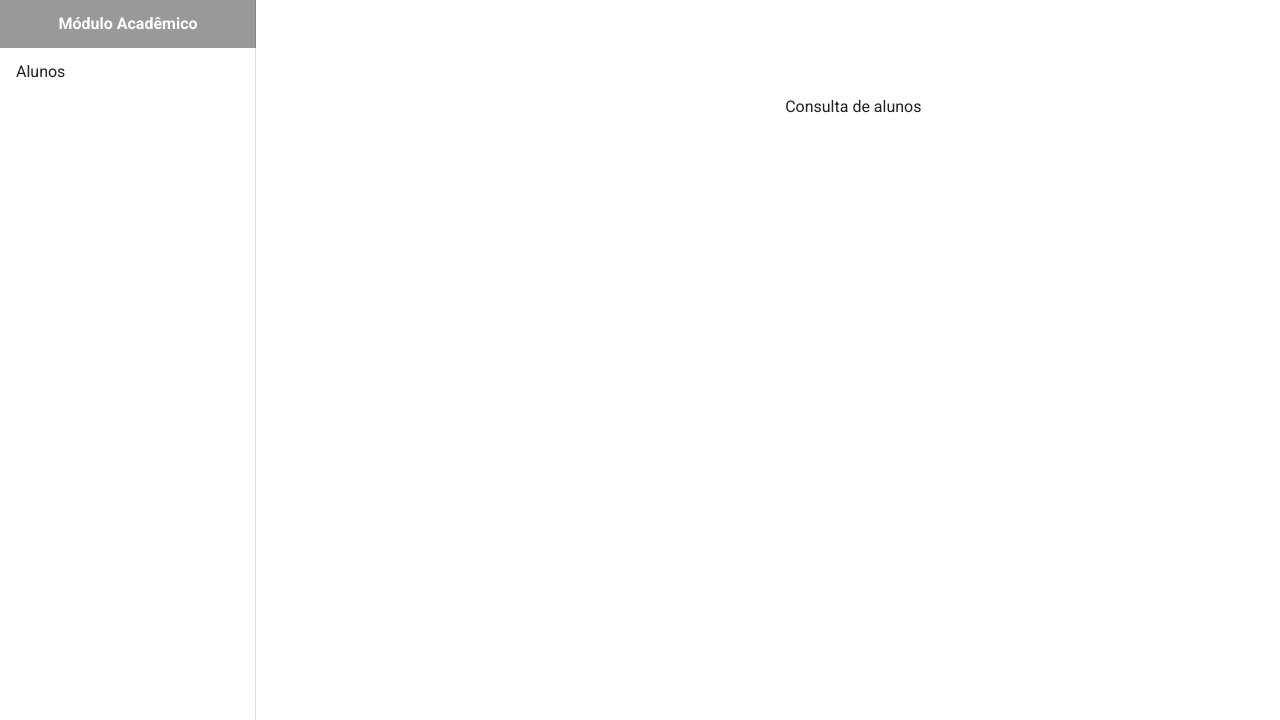
Repository: sergiohidekiono/vue-student
Page: /
These files come from the project's save history. The page is drawn as it stood at one moment and after the next save; the edit follows.
The browser window is 1280 px wide. The pictures show the whole page.
The project was rebuilt for these pictures with package versions that can differ from the ones it lists, and the page was loaded fresh each time. Also part of the build but not shown: vue.config.js.

Above is the page before, as saved 2024-08-07 09:49:59.

After the next save:
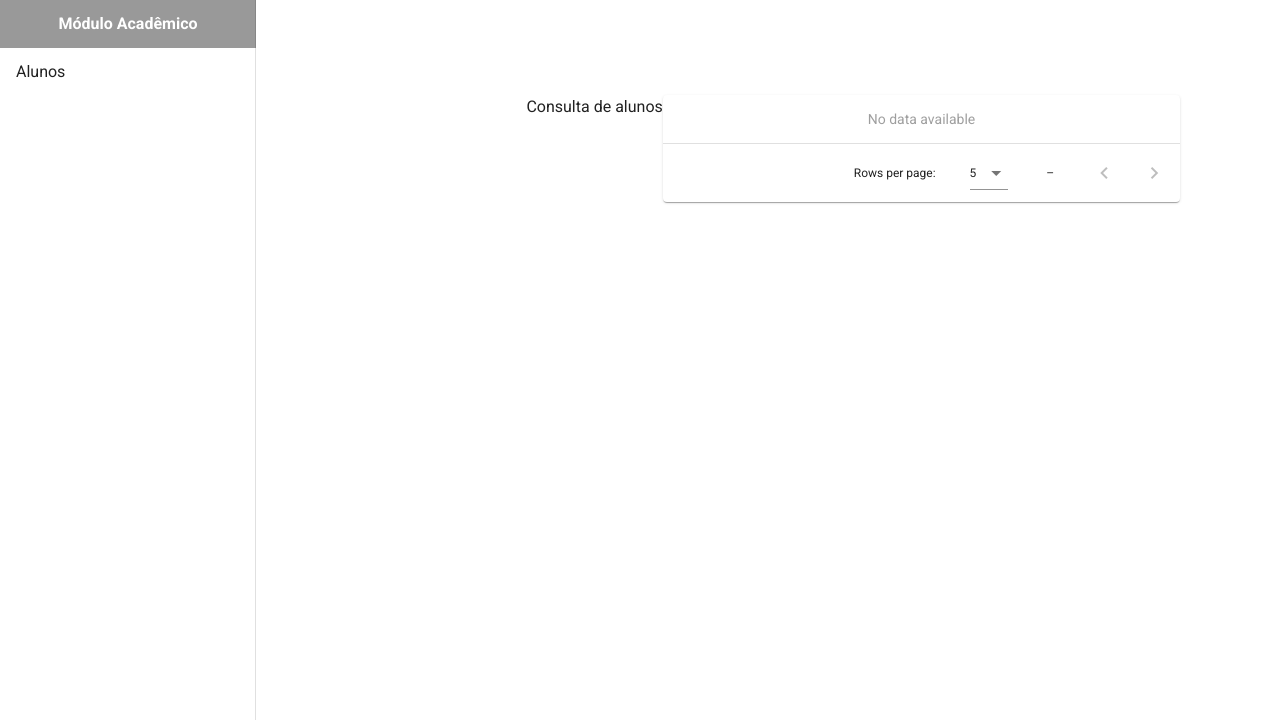
Saved 2 min 49 s later.
--- a/src/components/student-list.vue
+++ b/src/components/student-list.vue
@@ -27,6 +27,10 @@
             <v-col cols="10">
                 <v-row cols="12" justify="center">
                     <span>Consulta de alunos</span>
+                    <template>
+                        <v-data-table :headers="headers" :items="desserts" :items-per-page="5"
+                            class="elevation-1"></v-data-table>
+                    </template>
                 </v-row>
             </v-col>
         </v-row>
